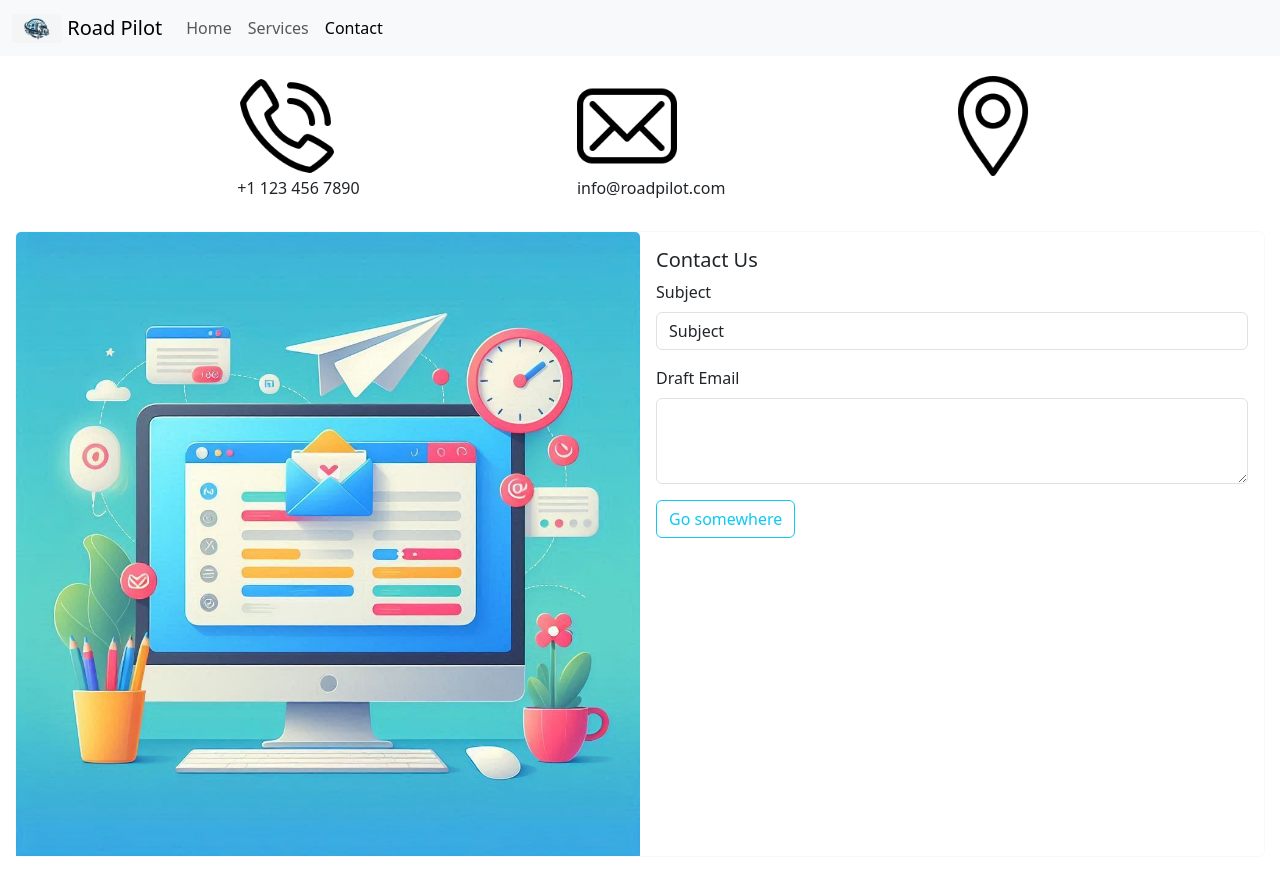
Repository: VictoriousMango/WebCreator
Page: pages/contact.html
The author's editor kept a copy of each file at every save. The page is drawn from the files as they stood at one save, then again after a run of saves.
The browser window is 1280 px wide. The pictures show the whole page.

Above is the page before, as saved 2024-11-09 13:17:03.

### pages/contact.html
<!DOCTYPE html>
<html lang="en">

<head>
    <meta charset="UTF-8">
    <meta name="viewport" content="width=device-width, initial-scale=1.0">
    <title>Web Creator</title>
    <link href="https://cdn.jsdelivr.net/npm/bootstrap@5.3.3/dist/css/bootstrap.min.css" rel="stylesheet"
        integrity="sha384-QWTKZyjpPEjISv5WaRU9OFeRpok6YctnYmDr5pNlyT2bRjXh0JMhjY6hW+ALEwIH" crossorigin="anonymous">
    <link rel="stylesheet" href="../assets/css/contact.css">
</head>

<body>
    <!-- Navbar -->
    <nav class="navbar navbar-expand-lg bg-body-tertiary">
        <div class="container-fluid">
            <a class="navbar-brand" href="#">
                <img src="../assets/images/Logo.png" alt="Logo" width="50px" class="d-inline-block align-text-top">
                Road Pilot
            </a>
            <button class="navbar-toggler" type="button" data-bs-toggle="collapse" data-bs-target="#navbarNav"
                aria-controls="navbarNav" aria-expanded="false" aria-label="Toggle navigation">
                <span class="navbar-toggler-icon"></span>
            </button>
            <div class="collapse navbar-collapse" id="navbarNav">
                <ul class="navbar-nav">
                    <li class="nav-item">
                        <a class="nav-link" href="../">Home</a>
                    </li>
                    <li class="nav-item">
                        <a class="nav-link" href="./services.html">Services</a>
                    </li>
                    <li class="nav-item">
                        <a class="nav-link active" aria-current="page" href="#">Contact</a>
                    </li>
                </ul>
            </div>
        </div>
    </nav>
    <!-- NavBar -->

    <!-- Contact -->
    <div class="contact">
        <!-- div for icons -->
        <div class="contact__links">
            <!-- phone number -->
             <div class="contact__link">
                <img class="contact__linksIMG" src="../assets/images/contact__phone.png" alt="">
                <p class="contact__linksText">+1 123 456 7890</p>
             </div>
             <div class="contact__link">
                <img class="contact__linksIMG" src="../assets/images/contact__email.png" alt="">
                <p class="contact__linksText">info@roadpilot.com</p>
             </div>
             <div class="contact__link">
                <img class="contact__linksIMG" src="../assets/images/contact__location.png" alt="">

             </div>
        </div>
        <!-- Dic for Sending Mails -->
        <div class="card border-light">
            <img src="../assets/images/contact__mailUs.png" class="card-img-top" alt="...">
            <div class="card-body">
                <h5 class="card-title">Contact Us</h5>
                <div class="mb-3">
                    <label for="subject" class="form-label">Subject</label>
                    <input type="text" class="form-control" id="subject" value="Subject">
                </div>
                <div class="mb-3">
                    <label for="emailContent" class="form-label">Draft Email</label>
                    <textarea class="form-control" id="emailContent" rows="3" value="Hi company!"></textarea>
                </div>
                <button id="sendEmailBtn" class="btn btn-outline-info" onclick="sendEmail()">Go somewhere</button>
            </div>
        </div>
    </div>
    <!-- Contact -->
    <!-- Scripts -->
    <script src="https://cdn.jsdelivr.net/npm/bootstrap@5.3.3/dist/js/bootstrap.bundle.min.js"
        integrity="sha384-YvpcrYf0tY3lHB60NNkmXc5s9fDVZLESaAA55NDzOxhy9GkcIdslK1eN7N6jIeHz"
        crossorigin="anonymous"></script>
    <script src="https://cdn.jsdelivr.net/npm/@popperjs/core@2.11.8/dist/umd/popper.min.js"
        integrity="sha384-I7E8VVD/ismYTF4hNIPjVp/Zjvgyol6VFvRkX/vR+Vc4jQkC+hVqc2pM8ODewa9r"
        crossorigin="anonymous"></script>
    <script src="https://cdn.jsdelivr.net/npm/bootstrap@5.3.3/dist/js/bootstrap.min.js"
        integrity="sha384-0pUGZvbkm6XF6gxjEnlmuGrJXVbNuzT9qBBavbLwCsOGabYfZo0T0to5eqruptLy"
        crossorigin="anonymous"></script>
    <script>
        function sendEmail() {
            const subject = document.getElementById('subject').value;
            const body = document.getElementById('emailContent').value;
            const screenWidth = window.innerWidth;

            if (screenWidth > 600) {
                // Open Gmail with pre-filled subject and body
                const gmailUrl = `https://mail.google.com/mail/?view=cm&fs=1&to=additya.akash.mishra@gmail.com&su=${encodeURIComponent(subject)}&body=${encodeURIComponent(body)}`;
                window.open(gmailUrl, '_blank');
            } else {
                // Open default mail app
                const mailtoUrl = `mailto:additya.akash.mishra@gmail.com?subject=${encodeURIComponent(subject)}&body=${encodeURIComponent(body)}`;
                window.location.href = mailtoUrl;
            }
        }
    </script>

</body>

</html>

### assets/css/contact.css
.contact {
    padding: 10px;
}

.contact__links {
    display: flex;
    justify-content: space-evenly;
    padding: 10px;
}

.contact__linksIMG {
    width: 100px;
}

.card {
    /* padding: 5px; */
    margin: 5px;
    display: flex;
    flex-direction: row;
    flex-wrap: wrap;
    justify-content: flex-start;
}
.card-img-top{
    width: 50%;
}
.card-body {
    width: 50%;
}

@media (max-width: 600px) {
    .card {
        flex-direction: column;
    }
    .card-img-top{
        width: 100%;
    }
    .card-body {
        width: 100%;
    }
}

After the next 3 saves:
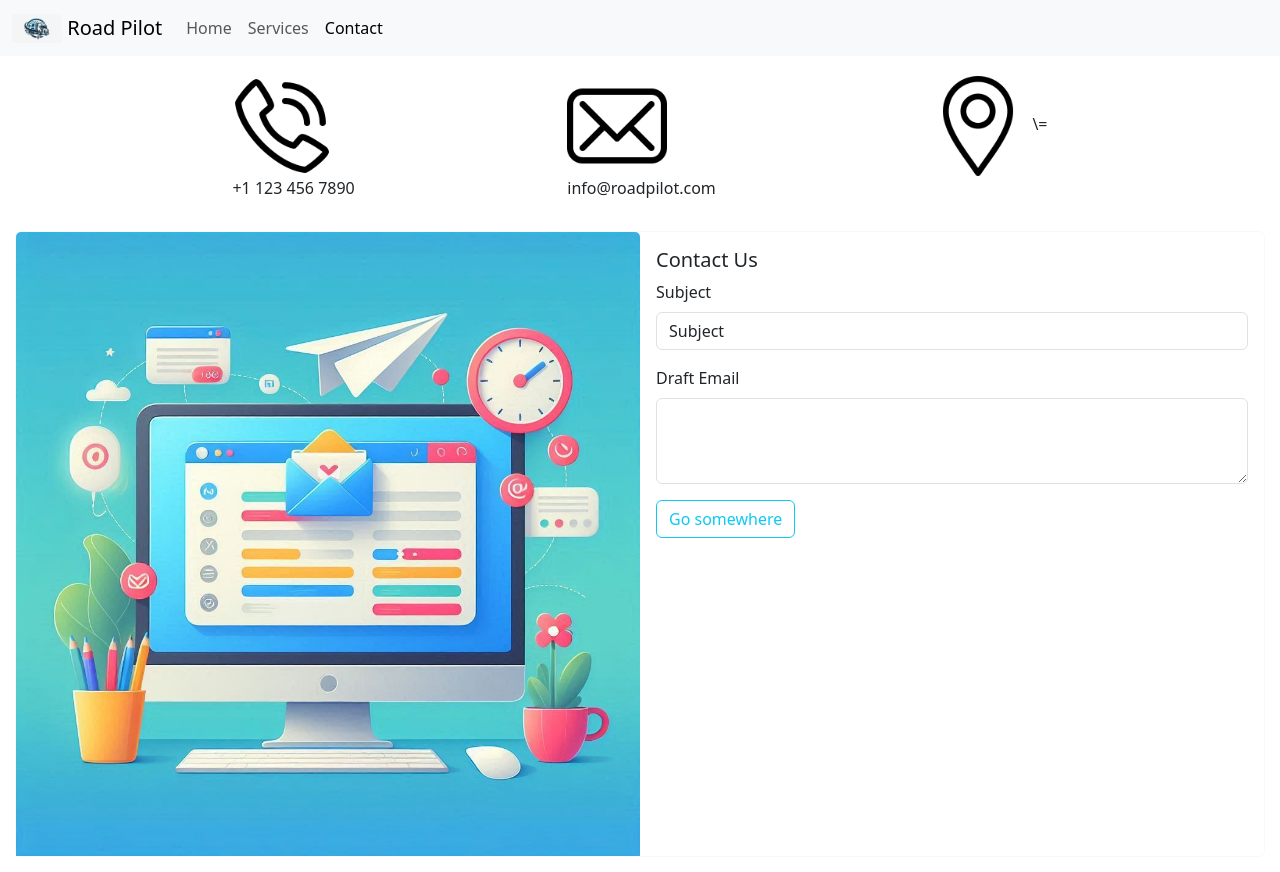
The 3 saves are shown as one change because they came seconds apart.
The last was saved 14 s later.
--- a/pages/contact.html
+++ b/pages/contact.html
@@ -54,6 +54,7 @@
              </div>
              <div class="contact__link">
                 <img class="contact__linksIMG" src="../assets/images/contact__location.png" alt="">
+                \=
 
              </div>
         </div>
